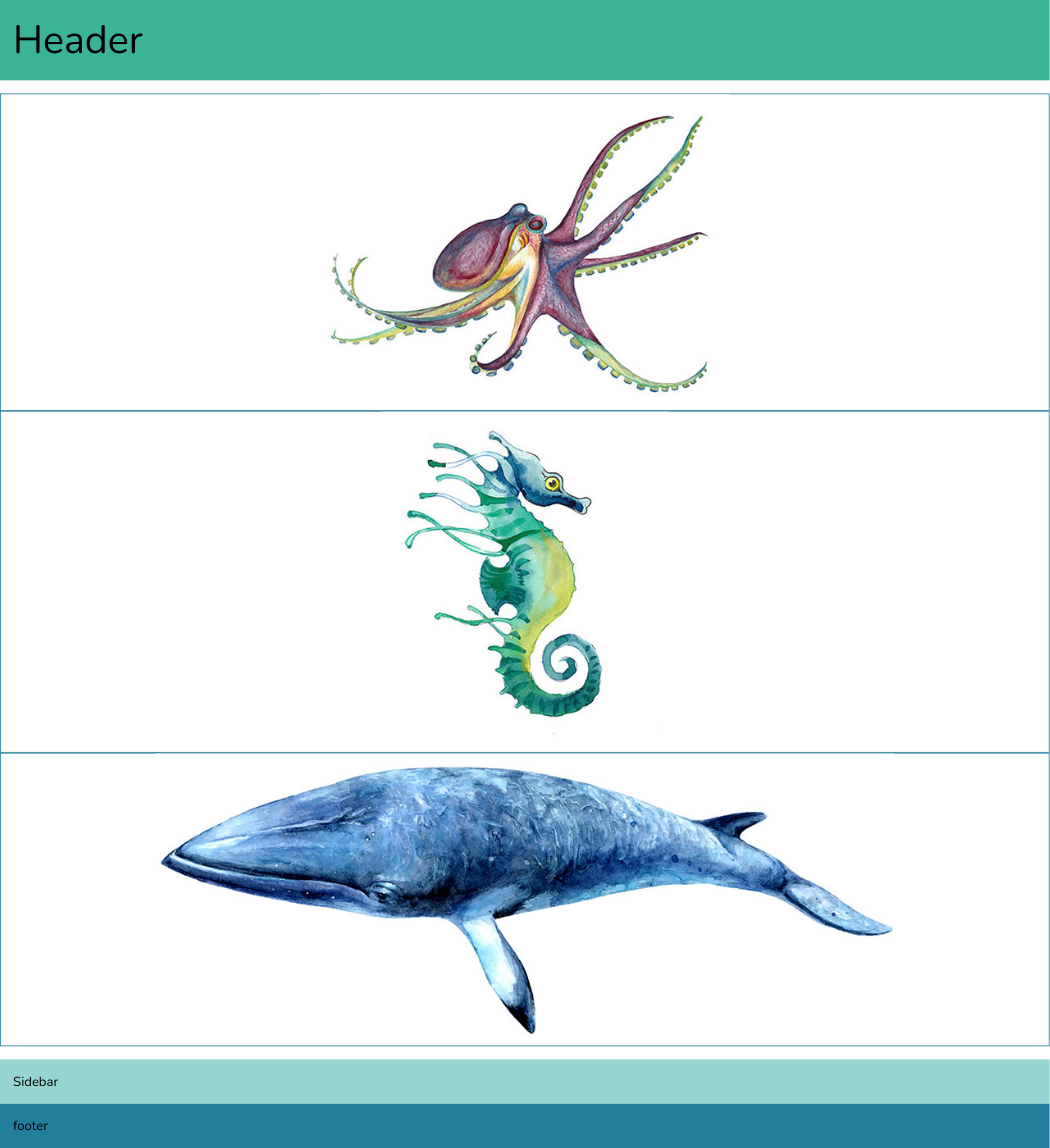
Repository: mariocapitbrok/css-combining-grid-and-flexbox-0207
Page: index.html
The author's editor kept a copy of each file at every save. The page is drawn from the files as they stood at one save, then again after the next save.
The browser window is 1280 px wide. The pictures show the whole page, at 82% of full size.

Above is the page before, as saved 2022-10-07 09:05:14.

### index.html
<!DOCTYPE html>
<html lang="en">
<head>
    <meta charset="UTF-8">
    <meta name="viewport" content="width=device-width, initial-scale=1.0">
    <title>Responsive grid webpage</title>
    <link rel="stylesheet" href="styles/base.css">
</head>
<body>
   <section class="container">
       <header>Header</header>
       <aside>Sidebar</aside>
       <main>
            <article><img src="images/01.jpg" alt="sealife"></article>
            <article><img src="images/02.jpg" alt="sealife"></article>
            <article><img src="images/03.jpg" alt="sealife"></article>
       </main>
       <footer>footer</footer>
   </section>
</body>
</html>

### styles/base.css
@import url('https://fonts.googleapis.com/css2?family=Nunito:ital,wght@0,300;0,400;0,700;0,900;1,600&display=swap');

* {
    margin: 0;
    padding: 0;
    font-family: 'Nunito', sans-serif;
    box-sizing: border-box;
}

img {
    max-width: 100%;
    height: auto;
}

header, aside, footer {
    padding: 1rem;
}

header {
    background-color: #3ab397;
    font-size: 3rem;
    grid-area: header;
}

aside {
    background-color: #95d5cf;
    grid-area: aside;
}

main {
    margin: 1em 0;
    grid-area: main;
}

article {
    border: solid 1px #247e9d;
    text-align: center;
}

footer {
    background-color: #247e9d;
    grid-area: footer;
}

.container {
    display: grid;
    grid-template-areas:
        "header"
        "main"
        "aside"
        "footer"
}



@media screen and (min-width:800px) {


}

After the next save:
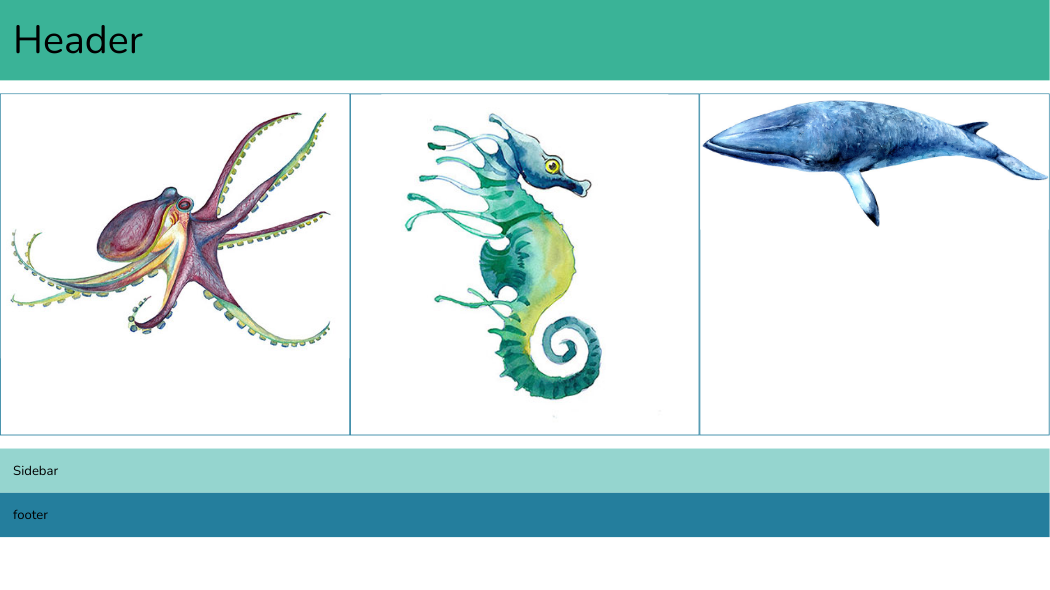
Saved 3 min 17 s later.
--- a/styles/base.css
+++ b/styles/base.css
@@ -30,6 +30,8 @@ aside {
 main {
     margin: 1em 0;
     grid-area: main;
+    display: grid;
+    grid-template-columns: repeat(auto-fit, minmax(300px, 1fr))
 }
 
 article {
